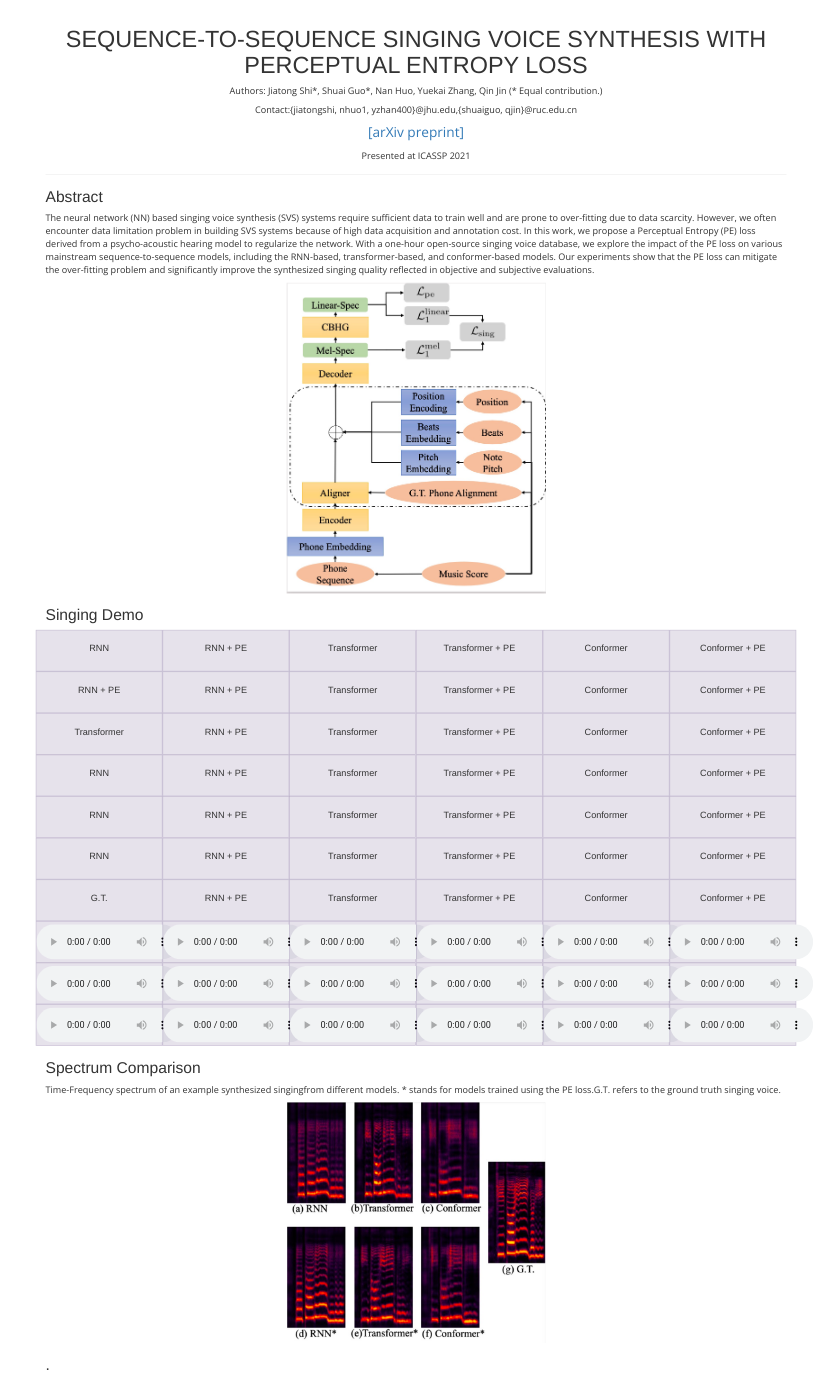
Repository: PeterGuoRuc/SVS_pe.github.io
Page: index.html
An editor plug-in stored every save of this project. The page is shown before and after the next save, followed by the edit.
The browser window is 1280 px wide. The pictures show the whole page, at 65% of full size.

Above is the page before, as saved 2021-06-06 20:09:22.

After the next save:
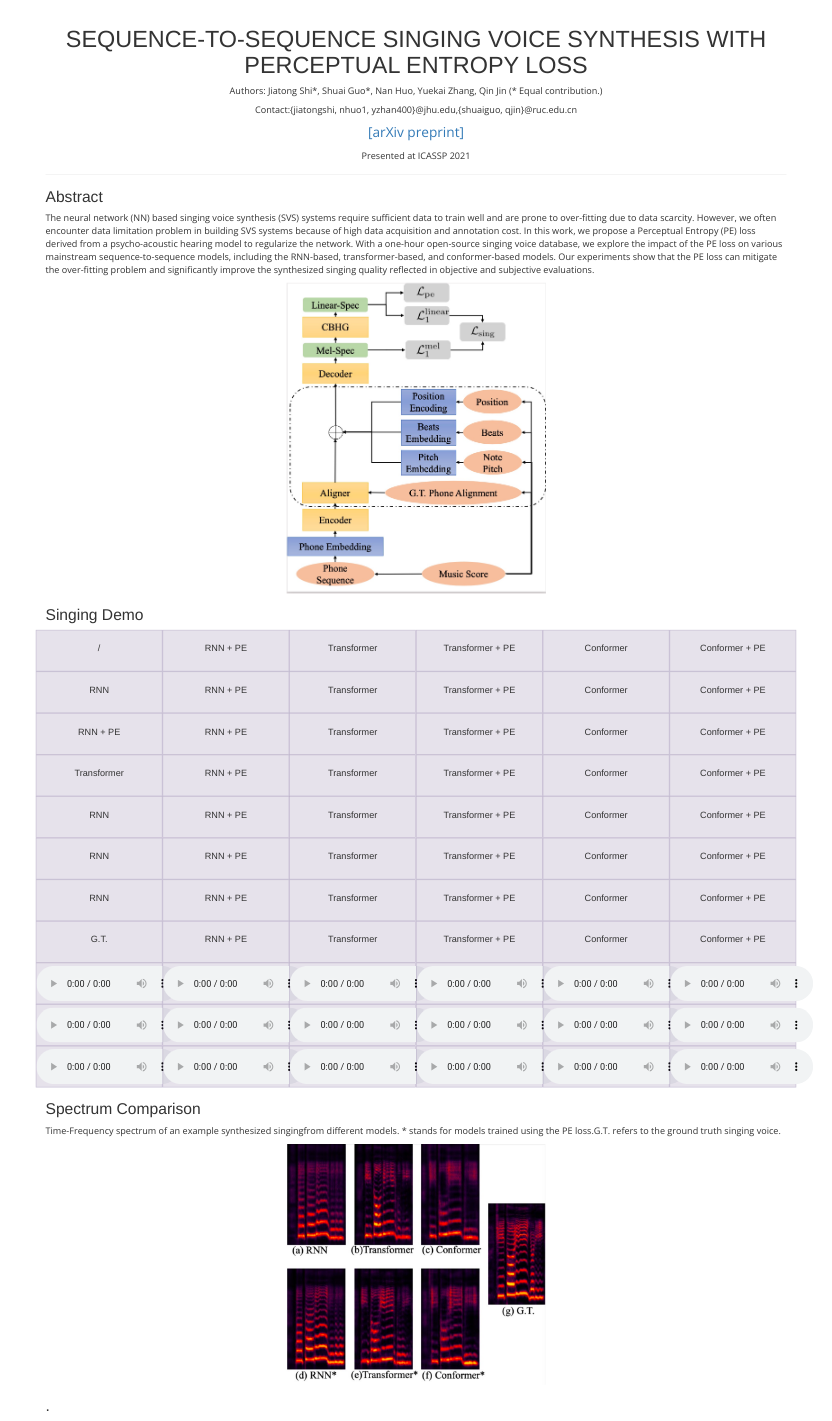
Saved 16 s later.
--- a/index.html
+++ b/index.html
@@ -65,6 +65,14 @@
       <center><img src="images/svs_model.jpg" height="35%" width="35%"></center>
 
       <h3>Singing Demo</h3>
+      <div class="row">
+        <div class="col-md-2">/</div>
+        <div class="col-md-2">RNN + PE</div>
+        <div class="col-md-2">Transformer</div>
+        <div class="col-md-2">Transformer + PE</div>
+        <div class="col-md-2">Conformer</div>
+        <div class="col-md-2">Conformer + PE</div>
+      </div>
       <div class="row">
         <div class="col-md-2">RNN</div>
         <div class="col-md-2">RNN + PE</div>
